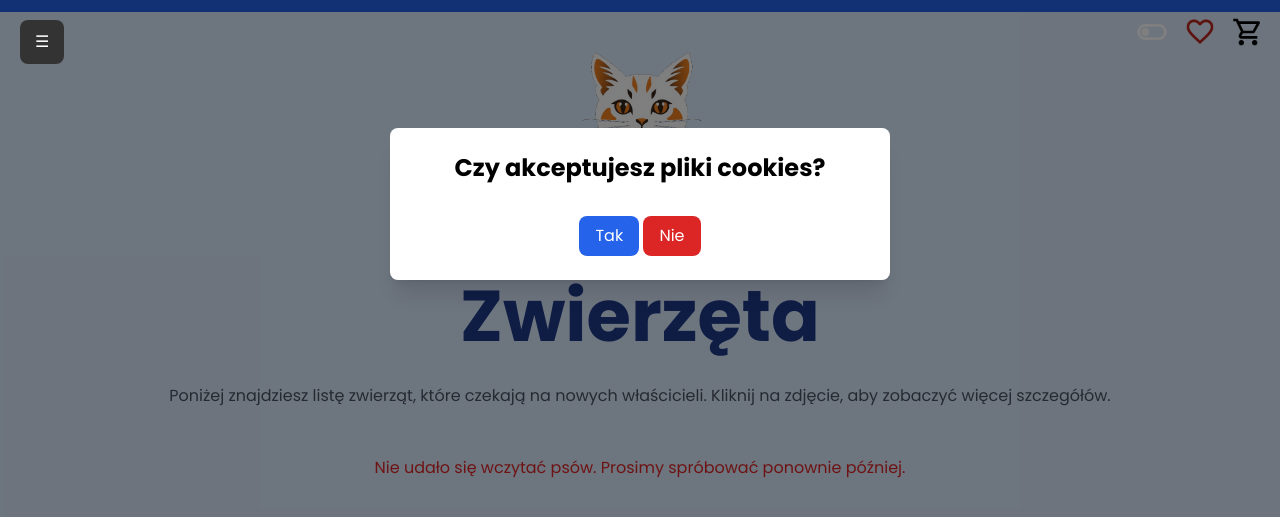
Repository: JMatuszczakk/CWLBD
Page: frontend_public/index.html
The author's editor kept a copy of each file at every save. The page is drawn from the files as they stood at one save, then again after the next save.
The browser window is 1280 px wide. The pictures show the whole page.
The page's requests for data from a server got no answer. Some web libraries are served in a nearby version.

Above is the page before, as saved 2025-02-07 23:18:20.

After the next save:
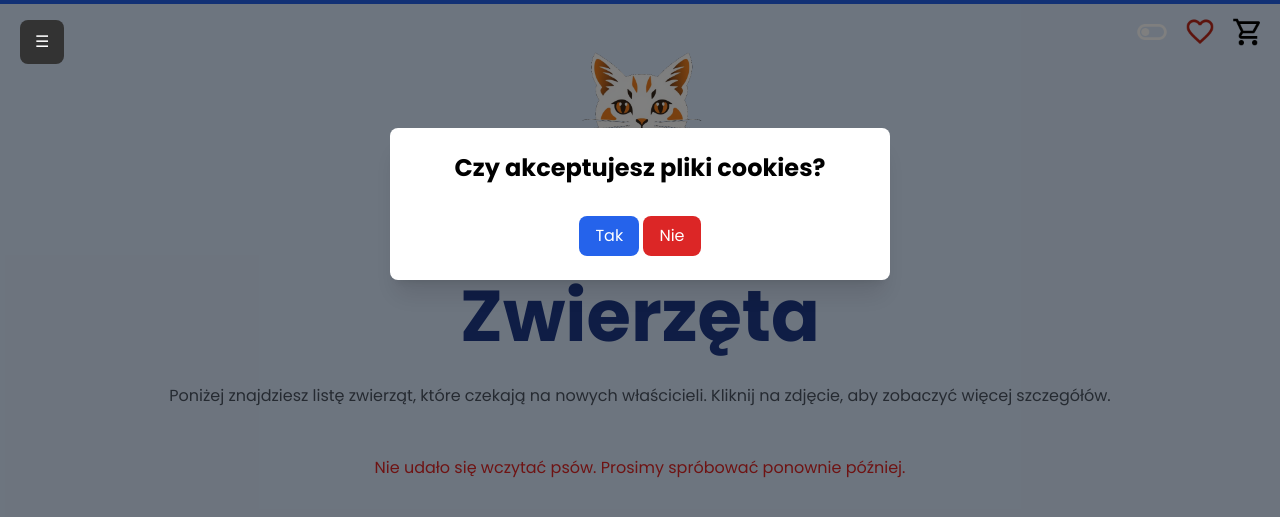
Saved 3 min 42 s later.
--- a/frontend_public/index.html
+++ b/frontend_public/index.html
@@ -248,10 +248,8 @@
     </button>
     <h2 class="text-lg font-semibold">Dynamic Top Bar</h2>
   </div>
-  <!-- Right side: existing buttons -->
+  <!-- Right side: user's existing icons/buttons -->
   <div class="flex items-center space-x-4">
-    <button class="bg-white text-blue-600 px-4 py-2 rounded hover:bg-gray-200">Button 1</button>
-    <button class="bg-white text-blue-600 px-4 py-2 rounded hover:bg-gray-200">Button 2</button>
     <button>
       <img src="/zmiana_b.png" alt="Serce" class="w-8 h-auto" id="toggle-image">
     </button>
